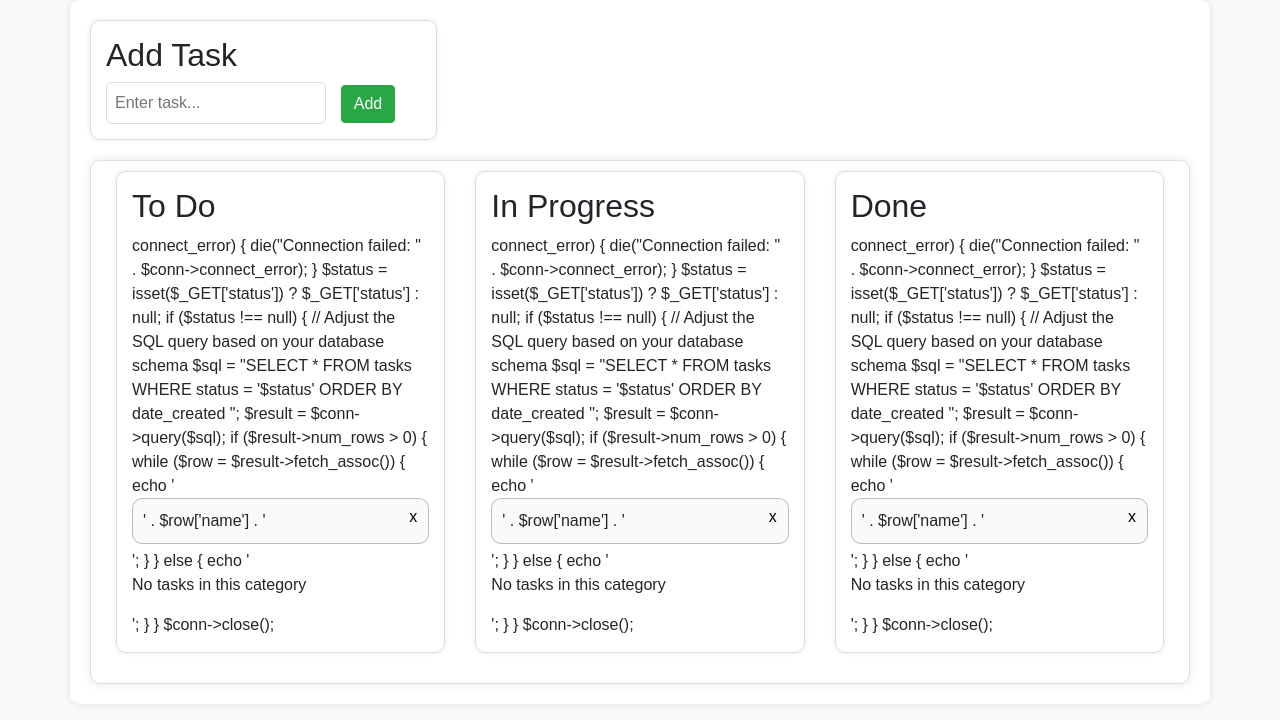
Repository: ZakariaZhlat125/test-rar-it
Page: index.html
The author's editor kept a copy of each file at every save. The page is drawn from the files as they stood at one save, then again after the next save.
The browser window is 1280 px wide. The pictures show the whole page.
Some web libraries are served in a nearby version.

Above is the page before, as saved 2024-03-01 23:17:11.

### index.html
<!DOCTYPE html>
<html lang="en">
  <head>
    <meta charset="UTF-8" />
    <meta name="viewport" content="width=device-width, initial-scale=1.0" />
    <link
      href="https://stackpath.bootstrapcdn.com/bootstrap/4.5.0/css/bootstrap.min.css"
      rel="stylesheet"
    />
    <link rel="stylesheet" href="styles.css" />
    <title>Drag and Drop To-Do List</title>
  </head>
  <body>
    <div class="container">
      <div class="row">
        <div class="col-md-4">
          <div
            id="add-task"
            class="task-list"
            ondrop="drop(event)"
            ondragover="allowDrop(event)"
          >
            <h2>Add Task</h2>
            <input type="text" id="taskInput" placeholder="Enter task..." />
            <button class="btn btn-success" onclick="addTask()">Add</button>
          </div>
        </div>
      </div>
      <div class="bigbox">
        <div class="col-md-4">
          <div
            id="todo"
            class="task-list"
            ondrop="drop(event)"
            ondragover="allowDrop(event)"
          >
            <h2>To Do</h2>
            <!-- Display tasks from the database -->
            <div id="todo-tasks-container"></div>
          </div>
        </div>
        <div class="col-md-4">
          <div
            id="in-progress"
            class="task-list"
            ondrop="drop(event)"
            ondragover="allowDrop(event)"
          >
            <h2>In Progress</h2>
            <!-- Display tasks from the database -->
            <div id="in-progress-tasks-container"></div>
          </div>
        </div>
        <div class="col-md-4">
          <div
            id="done"
            class="task-list"
            ondrop="drop(event)"
            ondragover="allowDrop(event)"
          >
            <h2>Done</h2>
            <!-- Display tasks from the database -->
            <div class="task-continer" id="done-tasks-container"></div>
          </div>
        </div>
      </div>
    </div>

    <script src="https://code.jquery.com/jquery-3.5.1.min.js"></script>
    <script src="https://cdn.jsdelivr.net/npm/@popperjs/core@2.10.2/dist/umd/popper.min.js"></script>
    <script src="https://stackpath.bootstrapcdn.com/bootstrap/4.5.0/js/bootstrap.min.js"></script>
    <script src="script.js"></script>
  </body>
</html>

### styles.css
body {
  margin: 0;
  padding: 0;
  font-family: 'Arial', sans-serif;
  background-color: #f8f9fa; /* Light gray background */
}

.container {
  display: flex;
  flex-direction: column;
  background-color: #ffffff; /* White background */
  padding: 20px;
  border-radius: 10px;
  box-shadow: 0 0 10px rgba(0, 0, 0, 0.1); /* Box shadow for depth */
}

.bigbox {
  border: 1px solid #ddd;
  padding: 10px;
  border-radius: 10px;
  display: flex;
  justify-content: space-between;
  box-shadow: 0 0 10px rgba(0, 0, 0, 0.1); /* Box shadow for depth */
}

.task-list {
  border: 1px solid #ddd;
  padding: 15px; /* Increased padding for better spacing */
  border-radius: 10px;
  margin-bottom: 20px;
  box-shadow: 0 0 5px rgba(0, 0, 0, 0.1); /* Subtle box shadow */
}


#taskInput {
  border-radius: 5px;
  border: 1px solid #ddd;
  padding: 8px;
  width: 70%;
  margin-right: 10px;
  position: relative;
}
.task-item {
  background-color: #fafaf8;
  border: 1px solid #b5bcc2;
  border-radius: 10px;
  margin-bottom: 5px;
  padding: 10px;
  cursor: grab;
  position: relative;
}
.delete-btn {
  position: absolute;
  border: none;
  background: none;
  top: 5px;
  right: 5px;
  cursor: pointer;
}

.delete-btn:hover {
  color: red;
}

### script.js
$(document).ready(function () {
  // Fetch and display tasks from the database on page load
  fetchAndDisplayTasks("todo", "todo-tasks-container");
  fetchAndDisplayTasks("in-progress", "in-progress-tasks-container");
  fetchAndDisplayTasks("done", "done-tasks-container");
});

function fetchAndDisplayTasks(listId, containerId) {
  $.ajax({
    type: "GET",
    url: "fetch_tasks.php", // Adjust the URL based on your server-side implementation
    data: { status: listId },
    success: function (response) {
      // Append tasks to the specified container
      $("#" + containerId).html(response);
      addDeleteButtons();
      addDragListeners();
    },
    error: function (xhr, status, error) {
      console.error("Error fetching tasks: " + xhr.responseText);
    },
  });
}

function addDragListeners() {
  // Add dragstart event listener to each task
  $(".task-item").on("dragstart", function (event) {
    event.originalEvent.dataTransfer.setData("text", event.target.id);
  });

  // Add drop event listener to each task list
  $(".task-list").on("drop", function (event) {
    event.preventDefault();
    var data = event.originalEvent.dataTransfer.getData("text");
    console.log(data);
    var draggedElement = $("#" + data);

    // Get the target task list
    var targetList = $(event.target).closest(".task-list");

    // Append the dragged element to the target task list
    if (targetList) {
      targetList.append(draggedElement);
      // Update the status in the database
      updateTaskStatus(draggedElement.attr("id"), targetList.attr("id"));
    }
  });

  // Add dragover event listener to each task list
  $(".task-list").on("dragover", function (event) {
    event.preventDefault();
  });
  $(".delete-btn").on("dragstart", function (event) {
    event.stopPropagation();
  });
}
function allowDrop(event) {
  event.preventDefault();
}

function drag(event) {
  event.dataTransfer.setData("text", event.target.id);
}

function drop(event) {
  event.preventDefault();
  var data = event.dataTransfer.getData("text");
  var draggedElement = document.getElementById(data);

  // Get the target task list
  var targetList = event.target.closest(".task-list");

  // Append the dragged element to the target task list
  if (targetList) {
    targetList.appendChild(draggedElement);
  }

  // TODO: Check if the target list is the "Add Task" box and handle accordingly
  if (targetList.id === "add-task") {
    // Add task handling logic here
    addTask(draggedElement.textContent);
  }

  // TODO: Save data to the database using AJAX and update the server-side records
  saveTaskToDatabase();
}

function addTask(taskText) {
  var taskInput = document.getElementById("taskInput");
  var taskText = taskInput.value.trim();

  if (taskText !== "") {
    // Create a new task item
    var newTask = document.createElement("div");
    newTask.textContent = taskText;
    newTask.className = "task-item";
    newTask.draggable = true;
    newTask.id = "task" + Math.floor(Math.random() * 1000);
    // Make the newly added task draggable
    newTask.setAttribute("draggable", true);
    newTask.setAttribute("ondragstart", "drag(event)");

    // Append the new task to the "Add Task" box
    var addTaskBox = document.getElementById("add-task");
    addTaskBox.appendChild(newTask);

    // Clear the input field
    taskInput.value = "";

    // Save the task to the database
    saveTaskToDatabase(newTask.textContent);
  }
}

function saveTaskToDatabase(taskText) {
  // TODO: Implement AJAX to save the task to the database
  $.ajax({
    type: "POST",
    url: "save.php",
    data: {
      taskText: taskText,
      action: "addTask", // Indicate that this is an add task action
    },
    success: function (response) {
      console.log(response);
    },
    error: function (xhr, status, error) {
      console.error("Error: " + xhr.responseText);
    },
  });
  addDragListeners();
}

function updateTaskStatus(taskId, status) {
  $.ajax({
    type: "POST",
    url: "update_status.php",
    data: {
      taskId: taskId,
      status: status,
    },
    success: function (response) {
      console.log(response);
    },
    error: function (xhr, status, error) {
      console.error("Error updating task status: " + xhr.responseText);
    },
  });
}

////  delete  /////
function addDeleteButtons() {
  // Add a delete button to each task
  $(".task-item").each(function () {
    // Check if the delete button is already added to the task
    if ($(this).find(".delete-btn").length === 0) {
      var deleteButton = $("<button>")
        .addClass("delete-btn")
        .text("x")
        .click(function () {
          deleteTask($(this).closest(".task-item"));
        });

      $(this).append(deleteButton);
    }
  });
}

function deleteTask(taskItem) {
  var taskId = taskItem.attr("id");

  // TODO: Remove the task from the database using AJAX and update the server-side records
  removeTaskFromDatabase(taskId);

  // Remove the task item from the DOM
  taskItem.remove();
}

function removeTaskFromDatabase(taskId) {
  // TODO: Implement AJAX to remove the task from the database
  $.ajax({
    type: "POST",
    url: "remove.php",
    data: {
      taskId: taskId,
      action: "removeTask", // Indicate that this is a remove task action
    },
    success: function (response) {
      console.log(response);
    },
    error: function (xhr, status, error) {
      console.error("Error: " + xhr.responseText);
    },
  });
}

After the next save:
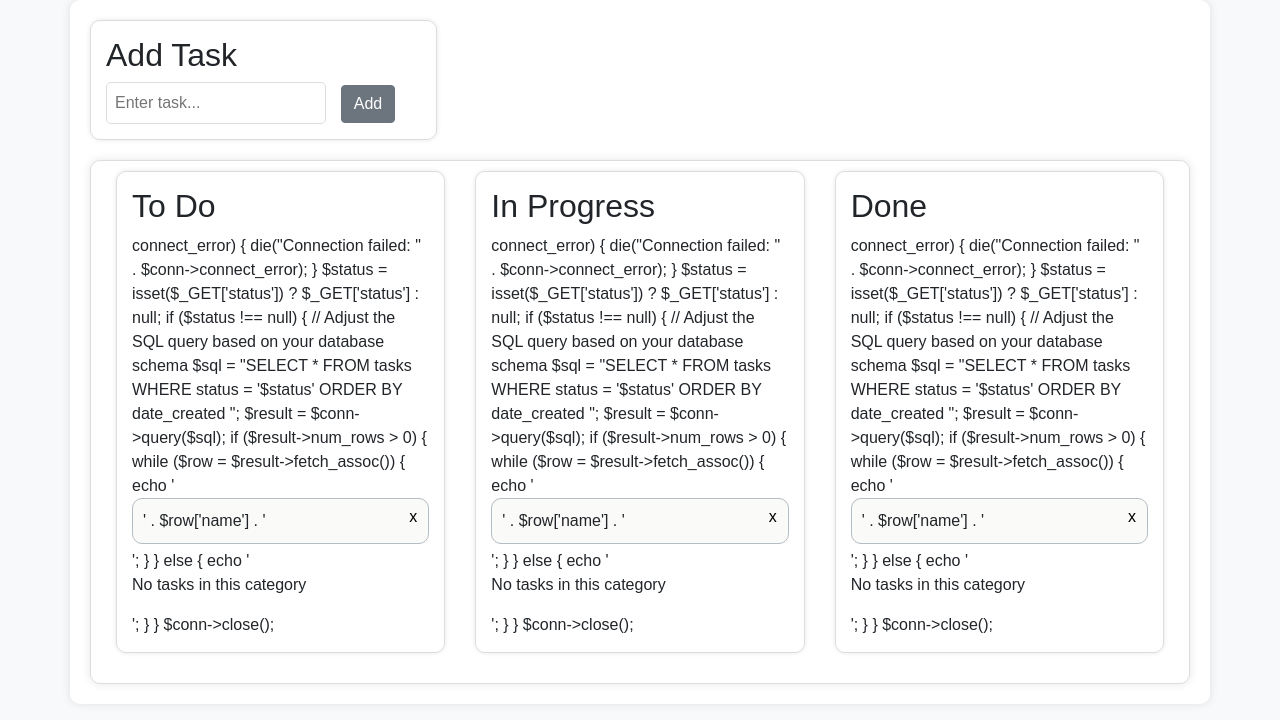
Saved 10 s later.
--- a/index.html
+++ b/index.html
@@ -22,7 +22,7 @@
           >
             <h2>Add Task</h2>
             <input type="text" id="taskInput" placeholder="Enter task..." />
-            <button class="btn btn-success" onclick="addTask()">Add</button>
+            <button class="btn btn-secondary" onclick="addTask()">Add</button>
           </div>
         </div>
       </div>
